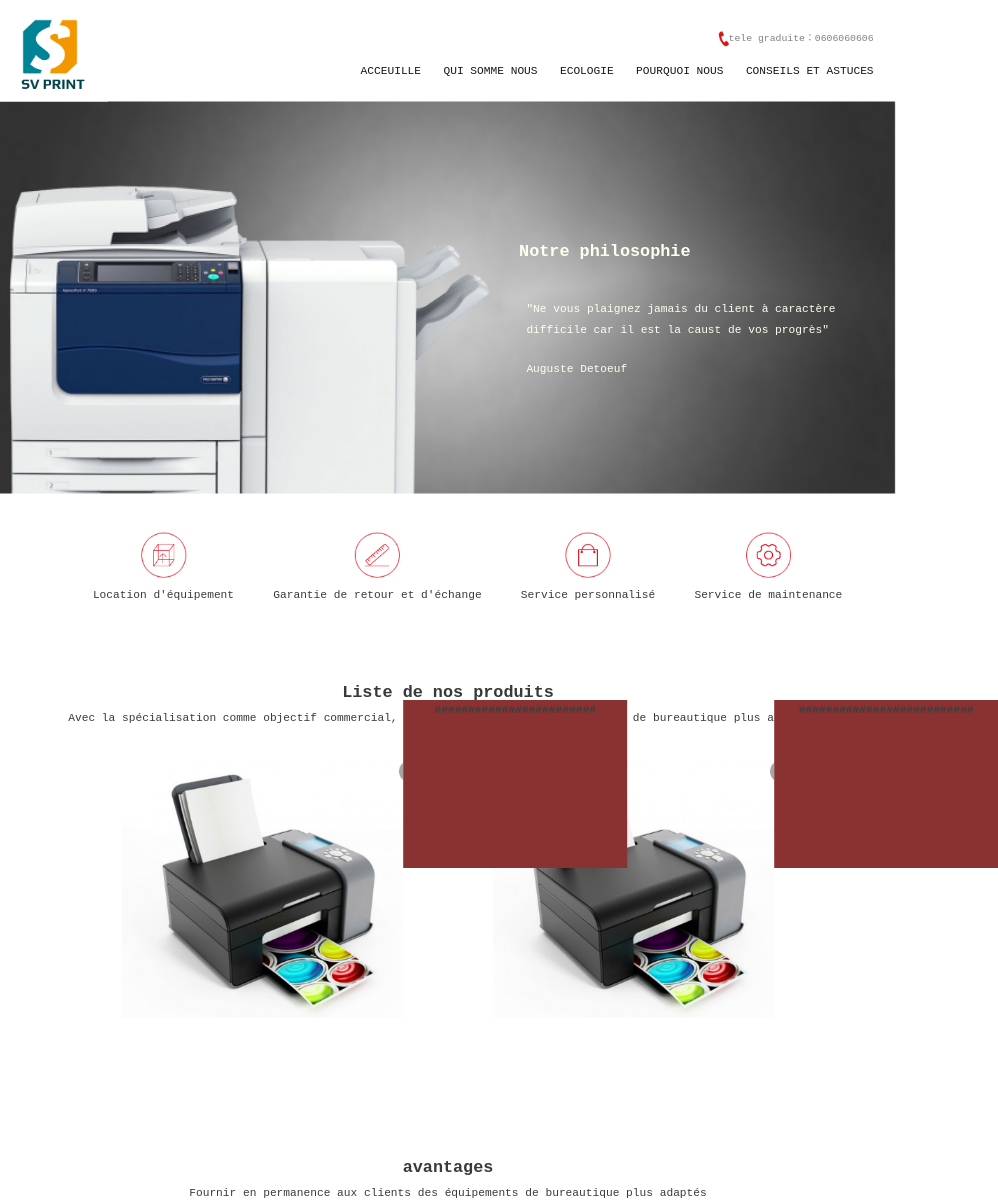
Repository: clairedupuich/sv_print
Page: index.html
These files come from the project's save history. The page is drawn as it stood at one moment and after a run of saves; the edit follows.
The browser window is 1280 px wide. The page is 1426 px wide, so the pictures cover 1426 px, including what lies to the right of the window. The pictures show the part of the page from y = 0 to 1720 px (the page is 4261 px tall), at 70% of full size.

Above is the page before, as saved 2020-12-02 23:22:27.
Console error: TypeError: Cannot read properties of null (reading 'appendChild')

### index.html
<!doctype html>
<html>
<head>
  <meta charset="utf-8">
  <meta name="viewport"
        content="width=device-width, initial-scale=1, user-scalable=no">
<title>SV Print</title>

<link href="style.css" rel="stylesheet" type="text/css">
<script src="print.js" type="text/javascript"></script>
</head>
<body>
<header id="fh5co-header">




  <div class="logo_nav"id="logo_nav">
    <img src="img/logo4.png" alt="SV Print" class="logo" />
     <div class="nav_tele">
      <div class="tel">
        <img src="img/call.png" class="margin-small-right"
        alt="" />tele graduite：0606060606</div>
    <ul class="nav nav-menu nav-inline nav-split nav-right text-big">
      <li id="liHome" class="home"> <a href="">ACCEUILLE</a></li>
      <li id="liabout-us" class="dropdown"><a href="">QUI SOMME NOUS</a></li>
      <li id="liproducts" class="dropdown"><a href="">ECOLOGIE</a></li>
      <li class="side_nav1" id="cat1"><a href="">POURQUOI NOUS</a></li>
      <li class="side_nav1" id="cat2"><a href="">CONSEILS ET ASTUCES</a></li>
    </ul>
    </div>
  </div>
</header>



    <div id="view">
      <ul id="img_list">
        <li id="slider1" class="owl-item"><img src="img/img_slider_1.png" class="img_slider" alt=""></li>
        <ul class="boutton_change">
          <a href="#slider5"><li><b> < </b></li></a>
          <a href="#slider2"><li><b> > </b></li></a>
        </ul>
        <li id="slider2" class="owl-item"><img src="img/Group 4.png" alt="" class="img_slider"></li>
        <ul class="boutton_change">
          <a href="#slider1"><li><b> < </b></li></a>
          <a href="#slider3"><li><b> > </b></li></a>
        </ul>
        <li id="slider3" class="owl-item"><img src="img/img_slider_31.png" alt="" class="img_slider"></li>
        <ul class="boutton_change">
          <a href="#slider2"><li><b> < </b></li></a>
          <a href="#slider4"><li><b> > </b></li></a>
        </ul>
        <li id="slider4" class="owl-item"><img src="img/promo.png" alt="" class="img_slider"></li>
        <ul class="boutton_change">
          <a href="#slider3"><li><b> < </b></li></a>
          <a href="#slider4"><li><b> > </b></li></a>
        </ul>
      </ul>
    </div>

<div class="blankbig"></div>
<!-- 临时图片 -->
<div class="img_big">
  <h3>Notre philosophie</h3>
  <p>"Ne vous plaignez jamais du client à caractère difficile car il est la caust de vos progrès"<br><br>Auguste Detoeuf</p>
</div>



<div id="fh5co-about-us">
  <div class="container">

				<div class="line-big">
					<div class="text-center">

							<div class="media-img"><img src="img/webdesign_1.png" alt="" /></div>
							<p class="padding-big-top">Location d'équipement</p>

					</div>
					<div class="text-center">

							<div class="media-img"><img src="img/webdesign_2.png" alt="" /></div>
							<p class="padding-big-top">
                Garantie de retour et d'échange<br /></p>

					</div>

					<div class="text-center">
							<div class="media-img"><img src="img/webdesign_3.png" alt="" /></div>
							<p class="padding-big-top">Service personnalisé</p>

					</div>
					<div class="text-center">

							<div class="media-img"><img src="img/webdesign_4.png" alt="" /></div>
							<p class="padding-big-top">
                Service de maintenance</p>

					</div>
				</div>
			</div></div>
<div class="blankbig"></div>
<div id="fh5co-content_show">
  <div class="container">
    <div class="line">
        <h2 class="full-screen-en-title">Liste de nos produits</h2>
        <p class="text-big padding-big-top">Avec la spécialisation comme objectif commercial, fournir aux clients un
          équipement de bureautique plus approprié</p>
    </div>


  <img src="img/Capture d’écran du 2020-11-30 22-51-18.png" alt="" class="produit_list">
  <div class="absolut1">
    <p class="product_discription product_discription1">########################</p>
  </div>
  <img src="img/Capture d’écran du 2020-11-30 22-51-18.png" alt="" class="produit_list produit_list2">
  <div class="absolut1">
    <p class="product_discription product_discription">##########################</p>
  </div>
</div>

<!-- 优势 -->

					<div class="avantages">
						<h2 class="full-screen-en-title"> avantages</h2>
						<p class="text-big padding-big-top">
              Fournir en permanence aux clients des équipements de bureautique plus adaptés</p>
					</div>
        <div class="avantages_contente">
          <div class="text_left">
            <div class="text1">
            <h3>expériences</h3>
            <p>pius de 10 ans d'expériences;un interlocuteur unique;en vous proposant un accompagnement de premier ordre dans la commande</p>
            </div>
            <div class="text2">
              <h3>Réponse rapide</h3>
              <p>une équipe de 'Expers à votre écoute;un interlocuteur unique;en vous proposant un accompagnement de premier ordre dans la commande</p>
            </div>
          </div>
          <div><img src="img/Capture d’écran du 2020-11-30 22-49-31.png"></div>
          <div class="text_right">
            <div class="text3">
              <h3>
                Service personnalisé</h3>
              <p>une équipe de 'Expers à votre écoute;un interlocuteur unique;en vous proposant un accompagnement de premier ordre dans la commande</p>
            </div>
            <div class="text4">
              <h3>Assurance qualité</h3>
                <p>une équipe de 'Expers à votre écoute;un interlocuteur unique;en vous proposant un accompagnement de premier ordre dans la commande</p>

            </div>
          </div>
        </div>






<!-- 客户案例 -->
						<div class="x12 text-center padding-top">
							<h2 class="full-screen-en-title">Cas client</h2>
							<p class="text-big padding-big-top margin-large-bottom">on est plus professionnel car on est assez concentré!</p>
						</div>
					<div class="client_logo">
            <img src="img/saint-louis-recouvrement.jpg.webp" alt="" class="logo_client">
            <img src="img/levis.jpg.webp" alt="" class="logo_client">
            <img src=" img/technigaz.jpg.webp" alt="" class="logo_client">
            <img src="img/xia.jpg.webp" alt="" class="logo_client">
            <img src="img/xia.jpg.webp" alt="" class="logo_client">
            <img src="img/xia.jpg.webp" alt="" class="logo_client">
          </div>





<!-- 应用领域 -->
					<div class="text-domaines">
            <h2 class="full-screen-en-title">Champ d'application</h2>
            <p>Nos clients sont dans de nombreux domaines</p>
						<img src="img/img_bottom.png" alt="">

					</div>


          <!-- 服务范围覆盖 -->

					<div class="Couverture">
						<h2 class="full-screen-en-title">Couverture de service</h2>
						<p class="text-big padding-big-top">Nous rendons services à Anzin, Valenciennes,lille et ses alentours</p>
          </div>


          <footer>
            <div class="textFooterC">
                <div class="texFooter">
                    <a href="" class="textFooterEle">Ecologiite</a>
                    <a href="" class="textFooterEle">Qui sommes-nous ? </a>
                    <a href="" class="textFooterEle">Pourquoi Nous</a>
                    <a href="" class="textFooterEle">Conseils Et Astuces</a>

                </div>
                <div class="texFooter1 icon_footer">
                  <img src="img/Vector 1.png" alt="" class="iconFooter">
                  <img src="img/Vector2.png" alt="" class="iconFooter">
                  <img src="img/Vector 3.png" alt="" class="iconFooter">
                </div>
                <div class="texFooter">
                    <a href="" class="textFooterEle">Mentions légales</a>
                    <a href="" class="textFooterEle">Conditions générales d’utilisation</a>
                    <a href="" class="textFooterEle">Conditions générales de vente</a>
                </div>
            </div>
            <a href="#logo_nav" class="return_top">^</a>
        </footer>
				</body>
</html>

### style.css
/* 主要部分 style.css */
* {
    margin: 0;
    padding: 0;
    list-style: none;
    text-decoration: none;
}

body {
    font-family: 'Courier New', Courier, monospace;
    font-size: 16px;
    line-height: 1.8;
    color: #3a3939;
    background: #FFF;
    height: 100%;

}

a:hover {
    text-decoration: none;
}


h1,
h2,
h3,
h4 {
    text-align: center;
    font-size: 1.5em;
    font-weight: bolder;
}
.logo {
    width: 12%;
    min-width: 4em;
    height: 12%;
    min-width: 4em;
}
.nav_tele {
    margin-right: 2em;
}
.tel {
    display: block;
    margin-bottom: 1.5em;
    text-align: right;
    line-height: 20px;
    color: #808080;
    font-size: 14px
}

.tel img {
    vertical-align: middle;
}

.logo_nav {
    display: flex;
    flex-direction: row;
    flex-wrap: wrap;
    align-items: center;
    margin-top: 1em;
    justify-content: space-between;
}
.logo_nav ul {
    display: flex;
    flex-direction: row;
    flex-wrap: wrap;
    align-items: center;
    justify-content: space-around;
    list-style: none;

}
.logo_nav ul li a{
    margin-left: 2em;
    text-decoration: none;
    color: rgb(24, 22, 22);
    text-align: center;
}
.logo_nav ul li:hover {
     background-color: rgb(78, 120, 135);
     background-clip: content-box;

}
/* nav 结束 */

/* slider */

.img_slider {
    width: 100%;
    height: 45em;
    position: absolute;
}
#view {
    position: relative;
    width: 100%;
    overflow: hidden;
}
#view:after {
    content: '.';
    display: block;
    clear: both;
    height: 0;
    visibility: hidden;
  }
  #img_list {
    position: absolute;
    width: 100%;
  }
  #img_list li {
    float: left;
     width: 100%;
    height:46em;
  }
.blankbig {
    clear: both;
}


.boutton_change {
    display: flex;
    flex-direction: row;
    justify-content: space-around;
    cursor: pointer;
    padding: 2em 46% 0;
  }
  .boutton_change a {
    color: #000000;
    text-decoration: none;
  }
  .boutton_change a li {
    list-style: none;
  }

.container {
    display: flex;
    flex-direction: row;
    flex-wrap: wrap;
    align-items: center;
    justify-content: center;
    margin: 3.5em auto;
    text-align: center;
}
/* image replace */
.img_big {
    background-image: url(img/img_slider_31.png);
    background-position: center;
    background-repeat: no-repeat;
    background-size: cover;
    height: 19em;
    padding: 12em 2em 4em 30em;
    color: ivory;
}
.img_big p {
    padding-left: 17em;
    margin-top: 3em;
}
/* list de produit */
.line {
    margin: 3em auto;
}
.container {
    position: relative;
}
.line-big {
    display: flex;
    flex-wrap: wrap;
    flex-direction: row;
    justify-content: space-between;
}
.text-center {
    margin-left: 3.5em;
}
.product_discription {
    width: 25%;
    height: 15em;
    position: absolute;
    background-color: rgb(138, 49, 49);
   /*  display: none; */
   top: 5em;
}
.produit_list2 {
    margin-left: 8em;
}
.produit_list:hover +.product_discription {
    display: block;
}
/* 优势 */
.avantages {
    text-align: center;
    margin: 12em 3em;
}
.avantages_contente {
    display: flex;
    flex-direction: row;
    flex-wrap: wrap;
    align-items: center;
    justify-content: space-between;
    margin-bottom: 4em;
}
.text_left,
.text_right {
    width: 30%;
    min-width: 20em;
    text-align: center;
    margin: 0 1em;
}
.text1,
.text3 {
    margin-bottom: 2em;
}

/* 客户案例 */
.logo_client {
    margin: 2.5em;
    width: 19%;
}

/* 应用领域 */
.text-domaines {
    text-align: center;
    width: 100%;
    margin: 3em auto;
}
.text-domaines img {
    width: 100%;
    margin-top: 4em;
}
.Couverture {
    text-align: center;
    width: 100%;
}

/* footer commence */
footer {

    color: snow;
    margin-top: 8em;
    width: 100%;
    background-color: #031322;
    margin-bottom: 0;
}
.textFooterC {
    display: flex;
    flex-direction: row;
    flex-wrap: wrap;
    justify-content: space-around;
    padding-top: 3em;
    padding-bottom: 3em;
}
.texFooter {
    display: flex;
    flex-direction: column;
    line-height: 1.7em;

}

.textFooterEle {
    text-decoration: none;
    list-style: none;
    color: snow;
}
.iconsFooter {
    background-color: #0F4C81;
    text-align: center;
}
.iconFooter{
   padding: 0.9em;
}
.return_top {
    font-size: 3em;
    font-weight: bold;
    color: blanchedalmond;
    text-align: right;
    padding-bottom: 2em;
    margin-right: 2em;
    margin-bottom: -3em;
}

### print.js
/* for the slider */
var img_list = document.getElementById('img_list');
setInterval(function () {
    img_list.appendChild(img_list.firstChild);
}, 2500)

After the next 2 saves:
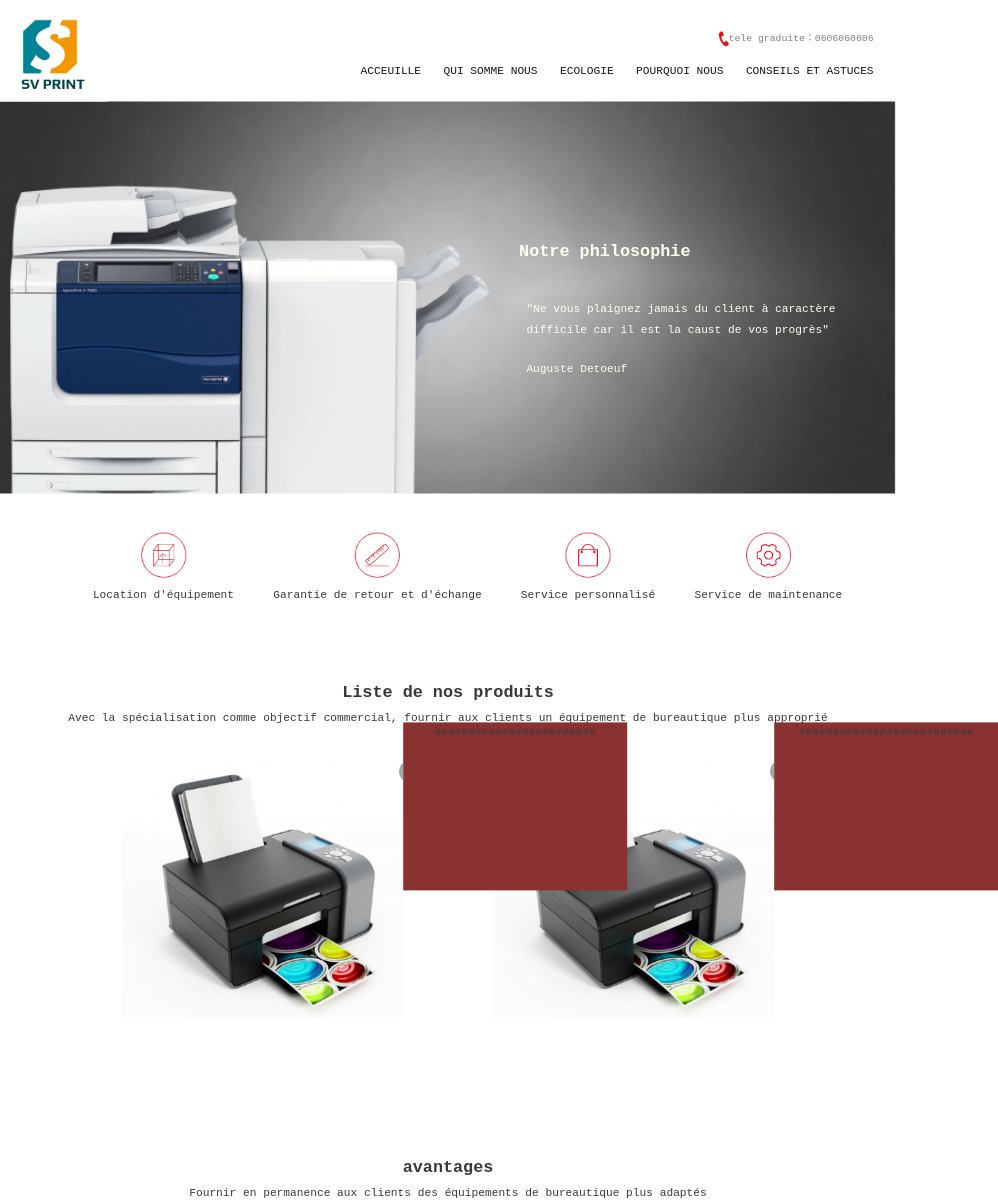
The 2 saves are shown as one change because they came seconds apart.
The last was saved 14 s later.
--- a/style.css
+++ b/style.css
@@ -174,7 +174,7 @@
     position: absolute;
     background-color: rgb(138, 49, 49);
    /*  display: none; */
-   top: 5em;
+   top: 7em;
 }
 .produit_list2 {
     margin-left: 8em;
